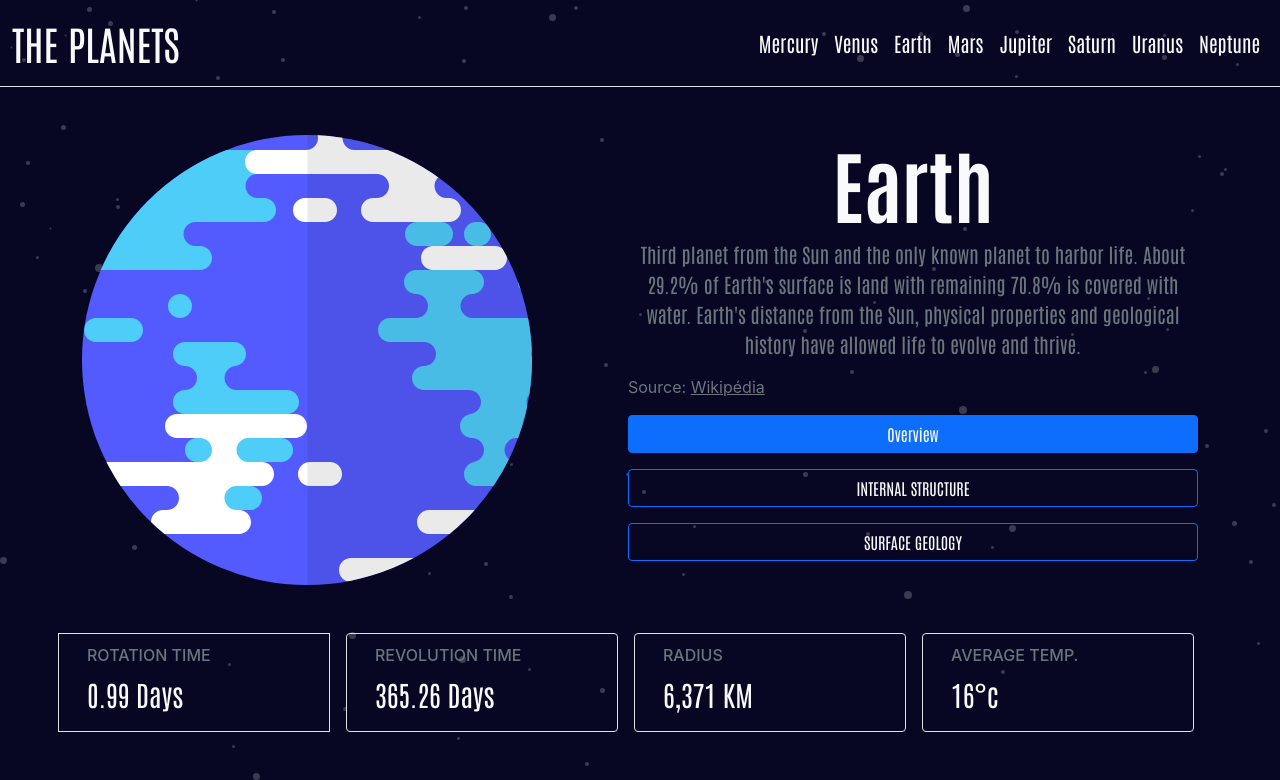
Repository: andre06x/the-planets
Page: /
An editor plug-in stored every save of this project. The page is shown before and after the next save, followed by the edit.
The browser window is 1280 px wide. The pictures show the whole page.
The project was rebuilt for these pictures with package versions that can differ from the ones it lists, and the page was loaded fresh each time.

Above is the page before, as saved 2021-10-19 16:39:25.

### public/index.html
<!DOCTYPE html>
<html lang="en">

<head>
  <meta charset="utf-8" />
  <link rel="icon" href="%PUBLIC_URL%/favicon.ico" />
  <meta name="viewport" content="width=device-width, initial-scale=1" />
  <meta name="theme-color" content="#000000" />
  <link rel="preconnect" href="https://fonts.googleapis.com">
  <link rel="preconnect" href="https://fonts.gstatic.com" crossorigin>
  <link href="https://fonts.googleapis.com/css2?family=Antonio:wght@400;500;600;700&display=swap" rel="stylesheet">
  <meta name="description" content="Web site created using create-react-app" />
  <link rel="apple-touch-icon" href="%PUBLIC_URL%/logo192.png" />
  <link rel="manifest" href="%PUBLIC_URL%/manifest.json" />
  <link rel="stylesheet" href="%PUBLIC_URL%/bootstrap-5.1.3-dist/css/bootstrap.min.css">
  <title>React App</title>
</head>

<body>
  <noscript>You need to enable JavaScript to run this app.</noscript>
  <div id="root"></div>
  <script src="./bootstrap-5.1.3-dist/js/bootstrap.min.js"></script>
</body>

</html>

### src/index.js
import React from 'react';
import ReactDOM from 'react-dom';
import App from './App';
import reportWebVitals from './reportWebVitals';
import Global from './styles/global';

ReactDOM.render(
  <React.StrictMode>
    <Global />
    <App />
  </React.StrictMode>,
  document.getElementById('root')
);

// If you want to start measuring performance in your app, pass a function
// to log results (for example: reportWebVitals(console.log))
// or send to an analytics endpoint. Learn more: https://bit.ly/CRA-vitals
reportWebVitals();

### src/App.js
import logo from './logo.svg';
// import './App.css';
import Header from './components/Header';
import Container from './components/Container';

function App() {
  return (
    <div className="App">
      <Header />
      <Container />
    </div>
  );
}

export default App;

### src/styles/global.js
import { createGlobalStyle } from 'styled-components';
import img from '../background-stars.svg';

export default createGlobalStyle`
  body {
    background-image: url(${img});
    background-color: #070724;
    background-repeat: repeat;
  margin: 0;
  font-family: -apple-system, BlinkMacSystemFont, 'Segoe UI', 'Roboto', 'Oxygen',
    'Ubuntu', 'Cantarell', 'Fira Sans', 'Droid Sans', 'Helvetica Neue',
    sans-serif;
  -webkit-font-smoothing: antialiased;
  -moz-osx-font-smoothing: grayscale;
}

code {
  font-family: source-code-pro, Menlo, Monaco, Consolas, 'Courier New',
    monospace;
}
`;

### src/components/Header.js
import React, { useEffect } from 'react';
import data from '../data.json';
import { usePlanet } from '../zustand';

const Header = () => {
  const planetSetar = usePlanet(state => state.nomePlanet);
  const planet = usePlanet(state => state.planet);

  useEffect(() => {
    console.log(planet)
  }, [planet])

  return (
    <nav class="navbar navbar-expand-lg navbar-dark bg-transparent border-bottom border-muted ">
      <div class="container-fluid d-flex justify-content-between">
        <a class="navbar-brand fs-1 text-light font-antonio" href="#">THE PLANETS</a>
        <button class="navbar-toggler text-light" type="button" data-bs-toggle="collapse" data-bs-target="#navbarSupportedContent" aria-controls="navbarSupportedContent" aria-expanded="false" aria-label="Toggle navigation">
          <span class="navbar-toggler-icon text-light"></span>
        </button>
        <div class="collapse navbar-collapse justify-content-end" id="navbarSupportedContent">
          <div>
            <ul class="navbar-nav me-auto mb-2 mb-lg-0">
              {
                data.map(d => (
                  <li class="nav-item">
                    <a
                      class="nav-link active text-light fs-5 font-antonio"
                      aria-current="page"
                      href="#"
                      onClick={() => planetSetar(d.name)}
                    >
                      {d.name}
                    </a>
                  </li>
                ))
              }
            </ul>
          </div>
        </div>
      </div>
    </nav>
  )
}



export default Header

### src/components/Container.js
import React, { useEffect, useState } from 'react';
// import earth from '../assets/planet-earth.svg';
import data from '../data.json';
import { usePlanet } from '../zustand';

const Container = () => {
  const [selectBox, setSelectBox] = useState(1);
  const planet = usePlanet(state => state.planet);
  // const [planet, setPlanet] = useState('Earth');
  const [text, setText] = useState(data.filter(d => d.name === planet)[0].overview);
  const [imagee, setImagee] = useState('assets/planet-earth.svg');
  const [dataPlanet, setDataPlanet] = useState(['']);



  const op = [
    { id: 1, titulo: 'Overview' },
    { id: 2, titulo: 'INTERNAL STRUCTURE' },
    { id: 3, titulo: 'SURFACE GEOLOGY' },
  ]

  function buttonChange(o) {
    setSelectBox(o.id);

    if (o.id === 1) {
      setText(data.filter(d => d.name === planet)[0].overview);
      setImagee(data.filter(d => d.name === planet)[0].images.planet);
    }

    if (o.id === 2) {
      setText(data.filter(d => d.name === planet)[0].structure);
      setImagee(data.filter(d => d.name === planet)[0].images.internal);

    }

    if (o.id === 3) {
      setText(data.filter(d => d.name === planet)[0].geology);
      setImagee(data.filter(d => d.name === planet)[0].images.geology);

    }

  }

  useEffect(() => {
    setDataPlanet(data.filter(d => d.name === planet)[0]);
    setImagee(data.filter(d => d.name === planet)[0].images.planet);
    setText(data.filter(d => d.name === planet)[0].overview);
    setSelectBox(1);

  }, [planet]);
  return (
    <div className="container mt-md-5">
      <div className="d-flex flex-column">
        <div className="d-flex flex-md-row flex-column-reverse justify-content-between">
          <div className="me-md-5 d-flex justify-content-center">
            <img src={imagee} alt="" />
          </div>
          <div className="ms-md-5 d-flex flex-md-column flex-column-reverse">
            <h1 className="display-1 text-light font-antonio fw-bold text-center">
              {planet}
            </h1>
            <p className="lead text-muted font-antonio text-center">
              {text.content}
            </p>
            <span className="text-secondary">
              Source: <a href="" className="text-secondary"> Wikipédia</a>
            </span>

            <div className="d-flex flex-md-column mt-md-3 font-antonio fw-bold">
              {op.map(o => (
                <button
                  className={`btn text-light btn-outline-primary mb-3 col-4 col-md-12 ${selectBox === o.id ? ' btn-primary' : ''}`}
                  onClick={() => buttonChange(o)}
                >
                  {o.titulo}
                </button>
              ))}
            </div>
          </div>
        </div>
      </div>
      <div className="row mt-5 mb-5 flex-md-row flex-column">
        <div class="col row me-3 bg-transparent border">
          <div class="card-body">
            <h6 class="card-subtitle mb-2 text-muted">
              ROTATION TIME
            </h6>
            <p class="card-text text-light font-antonio fs-md-1 fs-3">
              {dataPlanet.rotation}
            </p>
          </div>
        </div>
        <div class="card col me-3 bg-transparent border">
          <div class="card-body">
            <h6 class="card-subtitle mb-2 text-muted">
              REVOLUTION TIME
            </h6>
            <p class="card-text text-light font-antonio fs-md-1 fs-3">
              {dataPlanet.revolution}
            </p>
          </div>
        </div>
        <div class="card col me-3 bg-transparent border">
          <div class="card-body">
            <h6 class="card-subtitle mb-2 text-muted">
              RADIUS
            </h6>
            <p class="card-text text-light font-antonio fs-md-1 fs-3">
              {dataPlanet.radius}
            </p>
          </div>
        </div>
        <div class="card col me-3 bg-transparent border">
          <div class="card-body">
            <h6 class="card-subtitle mb-2 text-muted">
              AVERAGE TEMP.
            </h6>
            <p class="card-text text-light font-antonio fs-md-1 fs-3">
              {dataPlanet.temperature}
            </p>
          </div>
        </div>
      </div>
    </div>
  )
}

export default Container;

### src/data.json
[
  {
    "name": "Mercury",
    "overview": {
      "content": "Mercury is the smallest planet in the Solar System and the closest to the Sun. Its orbit around the Sun takes 87.97 Earth days, the shortest of all the Sun's planets. Mercury is one of four terrestrial planets in the Solar System, and is a rocky body like Earth.",
      "source": "https://en.wikipedia.org/wiki/Mercury_(planet)"
    },
    "structure": {
      "content": "Mercury appears to have a solid silicate crust and mantle overlying a solid, iron sulfide outer core layer, a deeper liquid core layer, and a solid inner core. The planet's density is the second highest in the Solar System at 5.427 g/cm3 , only slightly less than Earth's density.",
      "source": "https://en.wikipedia.org/wiki/Mercury_(planet)#Internal_structure"
    },
    "geology": {
      "content": "Mercury's surface is similar in appearance to that of the Moon, showing extensive mare-like plains and heavy cratering, indicating that it has been geologically inactive for billions of years. It is more heterogeneous than either Mars's or the Moon’s.",
      "source": "https://en.wikipedia.org/wiki/Mercury_(planet)#Surface_geology"
    },
    "rotation": "58.6 Days",
    "revolution": "87.97 Days",
    "radius": "2,439.7 KM",
    "temperature": "430°c",
    "images": {
      "planet": "assets/planet-mercury.svg",
      "internal": "assets/planet-mercury-internal.svg",
      "geology": "assets/geology-mercury.png"
    }
  },
  {
    "name": "Venus",
    "overview": {
      "content": "Venus is the second planet from the Sun. It is named after the Roman goddess of love and beauty. As the brightest natural object in Earth's night sky after the Moon, Venus can cast shadows and can be, on rare occasions, visible to the naked eye in broad daylight.",
      "source": "https://en.wikipedia.org/wiki/Venus"
    },
    "structure": {
      "content": "The similarity in size and density between Venus and Earth suggests they share a similar internal structure: a core, mantle, and crust. Like that of Earth, Venusian core is most likely at least partially liquid because the two planets have been cooling at about the same rate.",
      "source": "https://en.wikipedia.org/wiki/Venus#Internal_structure"
    },
    "geology": {
      "content": "Much of the Venusian surface appears to have been shaped by volcanic activity. Venus has several times as many volcanoes as Earth, and it has 167 large volcanoes that are over 100 km (60 mi) across. The only volcanic complex of this size on Earth is the Big Island of Hawaii.",
      "source": "https://en.wikipedia.org/wiki/Venus#Surface_geology"
    },
    "rotation": "243 Days",
    "revolution": "224.7 Days",
    "radius": "6,051.8 KM",
    "temperature": "471°c",
    "images": {
      "planet": "assets/planet-venus.svg",
      "internal": "assets/planet-venus-internal.svg",
      "geology": "assets/geology-venus.png"
    }
  },
  {
    "name": "Earth",
    "overview": {
      "content": "Third planet from the Sun and the only known planet to harbor life. About 29.2% of Earth's surface is land with remaining 70.8% is covered with water. Earth's distance from the Sun, physical properties and geological history have allowed life to evolve and thrive.",
      "source": "https://en.wikipedia.org/wiki/Earth"
    },
    "structure": {
      "content": "Earth's interior, like that of the other terrestrial planets, is divided into layers by their chemical or physical (rheological) properties. The outer layer is a chemically distinct silicate solid crust, which is underlain by a highly viscous solid mantle.",
      "source": "https://en.wikipedia.org/wiki/Earth#Internal_structure"
    },
    "geology": {
      "content": "The total surface area of Earth is about 510 million km2. The continental crust consists of lower density material such as the igneous rocks granite and andesite. Less common is basalt, a denser volcanic rock that is the primary constituent of the ocean floors.",
      "source": "https://en.wikipedia.org/wiki/Earth#Surface"
    },
    "rotation": "0.99 Days",
    "revolution": "365.26 Days",
    "radius": "6,371 KM",
    "temperature": "16°c",
    "images": {
      "planet": "assets/planet-earth.svg",
      "internal": "assets/planet-earth-internal.svg",
      "geology": "assets/geology-earth.png"
    }
  },
  {
    "name": "Mars",
    "overview": {
      "content": "Mars is the fourth planet from the Sun and the second-smallest planet in the Solar System, being larger than only Mercury. In English, Mars carries the name of the Roman god of war and is often referred to as the \"Red Planet\".",
      "source": "https://en.wikipedia.org/wiki/Mars"
    },
    "structure": {
      "content": "Like Earth, Mars has differentiated into a dense metallic core overlaid by less dense materials. Scientists initially determined that the core is at least partially liquid. Current models of its interior imply a core consisting primarily of iron and nickel with about 16–17% sulfur.",
      "source": "https://en.wikipedia.org/wiki/Mars#Internal_structure"
    },
    "geology": {
      "content": "Mars is a terrestrial planet whose surface consists of minerals containing silicon and oxygen, metals, and other elements that typically make up rock. The surface is primarily composed of tholeiitic basalt, although parts are more silica-rich than typical basalt.",
      "source": "https://en.wikipedia.org/wiki/Mars#Surface_geology"
    },
    "rotation": "1.03 Days",
    "revolution": "1.88 Years",
    "radius": "3,389.5 KM",
    "temperature": "-28°c",
    "images": {
      "planet": "assets/planet-mars.svg",
      "internal": "assets/planet-mars-internal.svg",
      "geology": "assets/geology-mars.png"
    }
  },
  {
    "name": "Jupiter",
    "overview": {
      "content": "Jupiter is the fifth planet from the Sun and the largest in the Solar System. It is a gas giant with a mass two and a half times that of all the other planets in the Solar System combined, but less than one-thousandth the mass of the Sun.",
      "source": "https://en.wikipedia.org/wiki/Jupiter"
    },
    "structure": {
      "content": "When the Juno arrived in 2016, it found that Jupiter has a very diffuse core that mixes into its mantle. A possible cause is an impact from a planet of about ten Earth masses a few million years after Jupiter's formation, which would have disrupted an originally solid Jovian core.",
      "source": "https://en.wikipedia.org/wiki/Jupiter#Internal_structure"
    },
    "geology": {
      "content": "The best known feature of Jupiter is the Great Red Spot, a persistent anticyclonic storm located 22° south of the equator. It is known to have existed since at least 1831, and possibly since 1665.",
      "source": "https://en.wikipedia.org/wiki/Jupiter#Great_Red_Spot_and_other_vortices"
    },
    "rotation": "9.93 Hours",
    "revolution": "11.86 Years",
    "radius": "69,911 KM",
    "temperature": "-108°c",
    "images": {
      "planet": "assets/planet-jupiter.svg",
      "internal": "assets/planet-jupiter-internal.svg",
      "geology": "assets/geology-jupiter.png"
    }
  },
  {
    "name": "Saturn",
    "overview": {
      "content": "Saturn is the sixth planet from the Sun and the second-largest in the Solar System, after Jupiter. It is a gas giant with an average radius of about nine and a half times that of Earth. It only has one-eighth the average density of Earth.",
      "source": "https://en.wikipedia.org/wiki/Saturn"
    },
    "structure": {
      "content": "Despite consisting mostly of hydrogen and helium, most of Saturn's mass is not in the gas phase, because hydrogen becomes a non-ideal liquid when the density is above 0.01 g/cm3, which is reached at a radius containing 99.9% of Saturn's mass.",
      "source": "https://en.wikipedia.org/wiki/Saturn#Internal_structure"
    },
    "geology": {
      "content": "The outer atmosphere of Saturn contains 96.3% molecular hydrogen and 3.25% helium by volume. The planet's most famous feature is its prominent ring system, which is composed mostly of ice particles with a smaller amount of rocky debris and dust.",
      "source": "https://en.wikipedia.org/wiki/Saturn#Atmosphere"
    },
    "rotation": "10.8 Hours",
    "revolution": "29.46 Years",
    "radius": "58,232 KM",
    "temperature": "-138°c",
    "images": {
      "planet": "assets/planet-saturn.svg",
      "internal": "assets/planet-saturn-internal.svg",
      "geology": "assets/geology-saturn.png"
    }
  },
  {
    "name": "Uranus",
    "overview": {
      "content": "Uranus is the seventh planet from the Sun. Its name is a reference to the Greek god of the sky, Uranus according to Greek mythology, was the great-grandfather of Ares. It has the third-largest planetary radius and fourth-largest planetary mass in the Solar System.",
      "source": "https://en.wikipedia.org/wiki/Uranus"
    },
    "structure": {
      "content": "The standard model of Uranus's structure is that it consists of three layers: a rocky (silicate/iron–nickel) core in the centre, an icy mantle in the middle and an outer gaseous hydrogen/helium envelope. The core is relatively small, with a mass of only 0.55 Earth masses.",
      "source": "https://en.wikipedia.org/wiki/Uranus#Internal_structure"
    },
    "geology": {
      "content": "The composition of Uranus's atmosphere is different from its bulk, consisting mainly of molecular hydrogen and helium. The helium molar fraction, i.e. the number of helium atoms per molecule of gas, is 0.15±0.03 in the upper troposphere.",
      "source": "https://en.wikipedia.org/wiki/Uranus#Atmosphere"
    },
    "rotation": "17.2 Hours",
    "revolution": "84 Years",
    "radius": "25,362 KM",
    "temperature": "-195°c",
    "images": {
      "planet": "assets/planet-uranus.svg",
      "internal": "assets/planet-uranus-internal.svg",
      "geology": "assets/geology-uranus.png"
    }
  },
  {
    "name": "Neptune",
    "overview": {
      "content": "Neptune is the eighth and farthest-known Solar planet from the Sun. In the Solar System, it is the fourth-largest planet by diameter, the third-most-massive planet, and the densest giant planet. It is 17 times the mass of Earth, more massive than its near-twin Uranus.",
      "source": "https://en.wikipedia.org/wiki/Neptune"
    },
    "structure": {
      "content": "Neptune's internal structure resembles that of Uranus. Its atmosphere forms about 5% to 10% of its mass and extends perhaps 10% to 20% of the way towards the core. Increasing concentrations of methane, ammonia and water are found in the lower regions.",
      "source": "https://en.wikipedia.org/wiki/Neptune#Internal_structure"
    },
    "geology": {
      "content": "Neptune's atmosphere is 80% hydrogen and 19% helium. A trace amount of methane is also present. Prominent absorption bands of methane exist at wavelengths above 600 nm, in the red and infrared portion of the spectrum.",
      "source": "https://en.wikipedia.org/wiki/Neptune#Atmosphere"
    },
    "rotation": "16.08 Hours",
    "revolution": "164.79 Years",
    "radius": "24,622 KM",
    "temperature": "-201°c",
    "images": {
      "planet": "assets/planet-neptune.svg",
      "internal": "assets/planet-neptune-internal.svg",
      "geology": "assets/geology-neptune.png"
    }
  }
]

### src/zustand/index.js
import create from 'zustand';

const usePlanet = create(set => ({
  planet: 'Earth',
  nomePlanet: (namePlanet) => set(state => ({ planet: namePlanet}))
}))

export { usePlanet }

Loaded but not shown: src/reportWebVitals.js (common file); public/bootstrap-5.1.3-dist/css/bootstrap.min.css (library); public/bootstrap-5.1.3-dist/js/bootstrap.min.js (library)

After the next save:
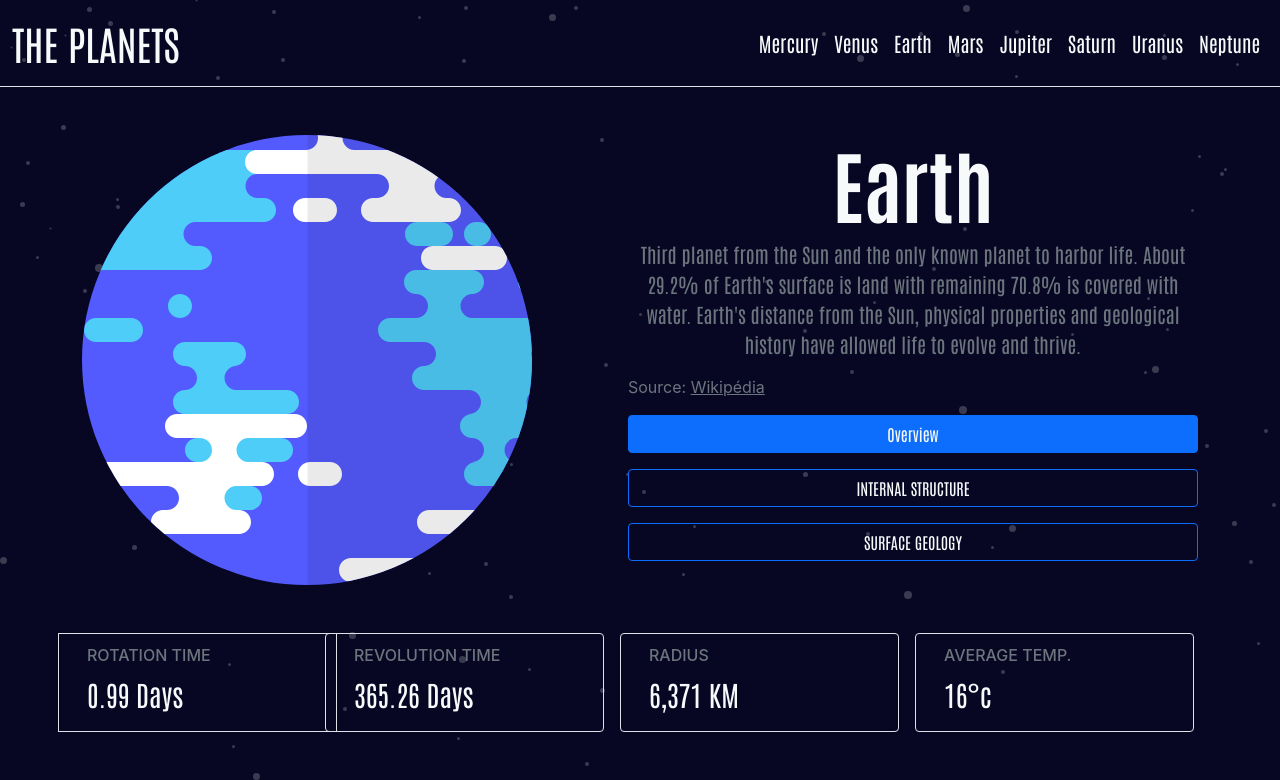
Saved 8 s later.
--- a/src/components/Container.js
+++ b/src/components/Container.js
@@ -80,7 +80,7 @@ const Container = () => {
         </div>
       </div>
       <div className="row mt-5 mb-5 flex-md-row flex-column">
-        <div class="col row me-3 bg-transparent border">
+        <div class="col row bg-transparent border">
           <div class="card-body">
             <h6 class="card-subtitle mb-2 text-muted">
               ROTATION TIME
